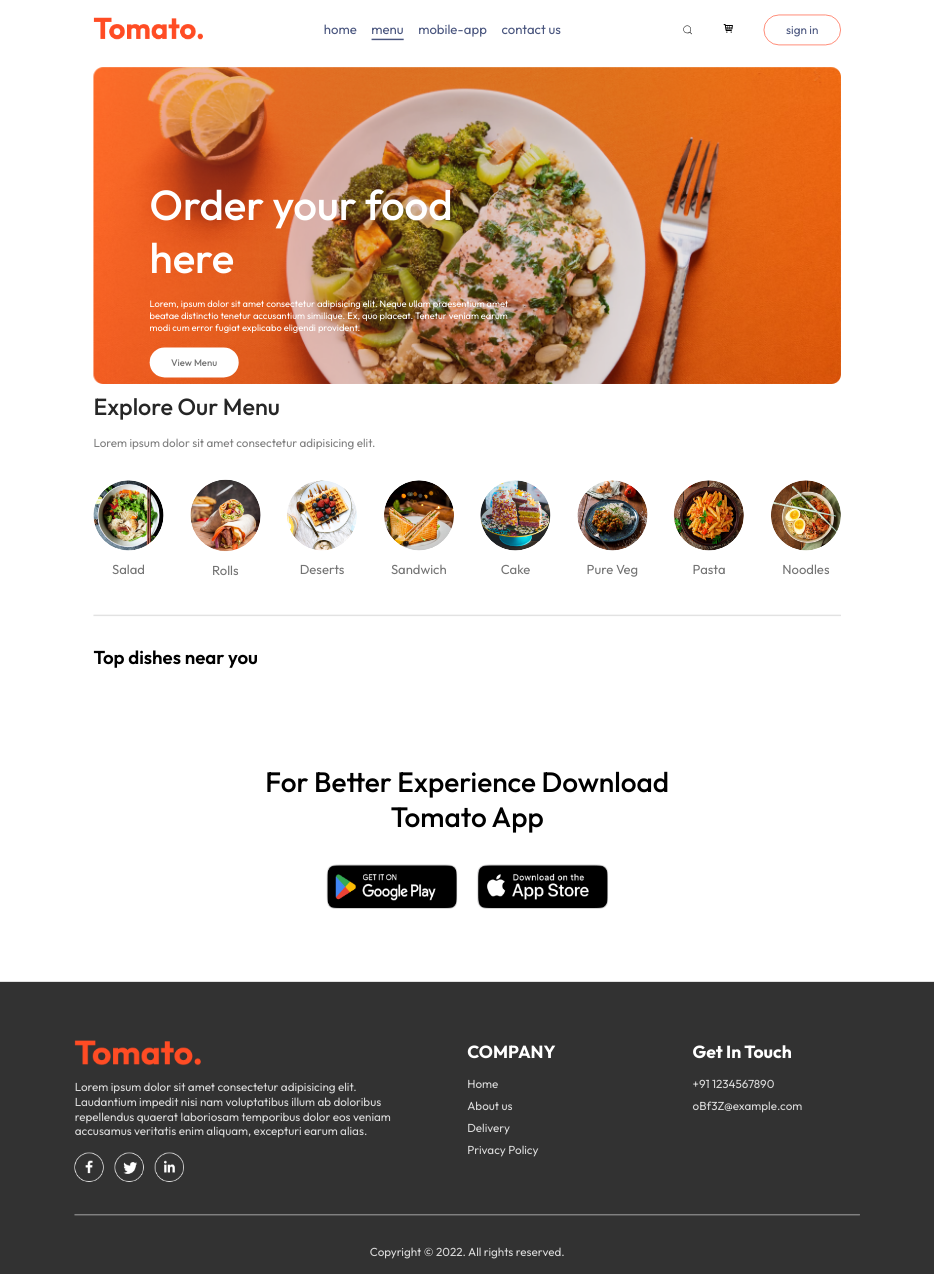
Repository: sodmaq/food-delivery
Page: / (app in frontend/)
These files come from the project's save history. The page is drawn as it stood at one moment and after the next save; the edit follows.
The browser window is 1280 px wide. The pictures show the whole page, at 73% of full size.
The page's requests for data from a server got no answer. The project was rebuilt for these pictures with package versions that can differ from the ones it lists, and the page was loaded fresh each time. No one was signed in, and anything a server would have sent is missing. Also part of the build but not shown: frontend/vite.config.js, frontend/src/components/foodItem/FoodItem.css, frontend/src/components/foodItem/FoodItem.jsx, frontend/src/pages/Cart/Cart.css, frontend/src/pages/Cart/Cart.jsx, frontend/src/pages/PlaceOrder/PlaceOrder.css, frontend/src/pages/PlaceOrder/PlaceOrder.jsx, frontend/src/components/Login/LoginPopUp.css and 1 more.

Above is the page before, as saved 2024-10-09 14:50:03.

### frontend/src/main.jsx
import { StrictMode } from "react";
import { createRoot } from "react-dom/client";
import App from "./App.jsx";
import "./index.css";
import { BrowserRouter } from "react-router-dom";
import StoreContextProvider from "./context/storeContext"; // Default import, no curly braces

createRoot(document.getElementById("root")).render(
  <StrictMode>
    <BrowserRouter>
      <StoreContextProvider>
        <App />
      </StoreContextProvider>
    </BrowserRouter>
  </StrictMode>
);

### frontend/src/App.jsx
import NavBar from "./components/NavBar/NavBar";
import { Route, Routes } from "react-router-dom";
import Home from "./pages/Home/Home";
import Cart from "./pages/Cart/Cart";
import PlaceOrder from "./pages/PlaceOrder/PlaceOrder";
import Footer from "./components/Footer/Footer";
import { useState } from "react";
import LoginPopUp from "./components/Login/LoginPopUp";
const App = () => {
  const [showLogin, setShowLogin] = useState(false);
  return (
    <>
      {showLogin ? <LoginPopUp setShowLogin={setShowLogin} /> : <></>}
      <div className="app">
        <NavBar setShowLogin={setShowLogin} />
        <Routes>
          <Route path="/" element={<Home />} />
          <Route path="/cart" element={<Cart />} />
          <Route path="/order" element={<PlaceOrder />} />
        </Routes>
      </div>
      <Footer />
    </>
  );
};

export default App;

### frontend/src/index.css
@import url("https://fonts.googleapis.com/css2?family=Outfit:wght@100..900&display=swap");
* {
  padding: 0;
  margin: 0;
  box-sizing: border-box;
  font-family: Outfit;
  scroll-behavior: smooth;
}
body {
  min-height: 100vh;
}
a {
  text-decoration: none;
  color: inherit;
}

.app {
  width: 80%;
  margin: auto;
}
@keyframes fadeIn {
  0% {
    opacity: 0;
  }
  100% {
    opacity: 1;
  }
}

### frontend/src/context/storeContext.jsx
import { createContext, useEffect, useState } from "react";
import axios from "axios";

export const StoreContext = createContext(null);

const StoreContextProvider = ({ children }) => {
  const [cartItems, setCartItems] = useState({});
  const url = "http://localhost:4000";
  const [token, setToken] = useState("");
  const [food_list, setFoodList] = useState([]);

  const addToCart = (id) => {
    if (!cartItems[id]) {
      setCartItems((prev) => ({ ...prev, [id]: 1 }));
    } else {
      setCartItems((prev) => ({ ...prev, [id]: prev[id] + 1 }));
    }
  };

  const removeFromCart = (id) => {
    setCartItems((prev) => {
      if (prev[id] === 1) {
        const newCart = { ...prev };
        delete newCart[id];
        return newCart;
      }
      return { ...prev, [id]: prev[id] - 1 };
    });
  };

  const getTotalCartAmount = () => {
    let totalAmount = 0;
    for (const item in cartItems) {
      if (cartItems[item] > 0) {
        let itemInfo = food_list.find((product) => product._id === item);
        totalAmount += itemInfo.price * cartItems[item];
      }
    }
    return totalAmount;
  };

  const fetchFoodList = async () => {
    try {
      const response = await axios.get(`${url}/api/food/list`);
      console.log("Fetched food list 1:", response.data.data); // Log the response data
      setFoodList(response.data.data);
    } catch (error) {
      console.error("Error fetching food list:", error);
    }
  };

  useEffect(() => {
    async function LoadData() {
      await fetchFoodList();
      if (localStorage.getItem("token")) {
        setToken(localStorage.getItem("token"));
      }
    }
    LoadData();
  }, []);

  const contextValue = {
    food_list,
    cartItems,
    setCartItems,
    addToCart,
    removeFromCart,
    getTotalCartAmount,
    url,
    token,
    setToken,
  };

  return (
    <StoreContext.Provider value={contextValue}>
      {children}
    </StoreContext.Provider>
  );
};

export default StoreContextProvider;

### frontend/src/components/NavBar/NavBar.jsx
import { useContext, useState } from "react";
import "./NavBar.css";
import { assets } from "../../assets/assets";
import { CiSearch } from "react-icons/ci";
import { TiShoppingCart } from "react-icons/ti";
import { Link, useNavigate } from "react-router-dom";
import { StoreContext } from "../../context/storeContext";

const NavBar = ({ setShowLogin }) => {
  const [menu, setMenu] = useState("menu");
  const { getTotalCartAmount, token, setToken } = useContext(StoreContext);
  const navigate = useNavigate();
  const logout = () => {
    localStorage.removeItem("token");
    setToken("");
    navigate("/");
  };
  return (
    <div className="navbar">
      <Link to={"/"}>
        <img src={assets.logo} alt="" className="logo" />
      </Link>
      <ul className="navbar-menu">
        <Link
          to="/"
          onClick={() => setMenu("home")}
          className={menu === "home" ? "active" : ""}
        >
          home
        </Link>
        <a
          href="#explore-menu"
          onClick={() => setMenu("menu")}
          className={menu === "menu" ? "active" : ""}
        >
          menu
        </a>
        <a
          href="#app-download"
          onClick={() => setMenu("mobile-app")}
          className={menu === "mobile-app" ? "active" : ""}
        >
          mobile-app
        </a>
        <a
          href="#footer"
          onClick={() => setMenu("contact-us")}
          className={menu === "contact-us" ? "active" : ""}
        >
          contact us
        </a>
      </ul>
      <div className="navbar-right">
        <CiSearch />
        <div className="navbar-search-icon">
          <Link to={"/cart"}>
            <TiShoppingCart />
          </Link>
          <div className={getTotalCartAmount() === 0 ? "" : "dot"}></div>
        </div>
        {!token ? (
          <button onClick={() => setShowLogin(true)}>sign in</button>
        ) : (
          <div className="navbar-profile">
            <img src={assets.profile_icon} alt="" />
            <ul className="navbar-profile-dropdown">
              <li>
                <img src={assets.bag_icon} alt="" /> <p>Orders</p>
              </li>
              <hr />
              <li onClick={logout}>
                <img src={assets.logout_icon} alt="" />
                <p>Logout</p>
              </li>
            </ul>
          </div>
        )}
      </div>
    </div>
  );
};

export default NavBar;

### frontend/src/pages/Home/Home.jsx
import "./Home.css";
import Header from "../../components/Header/Header";
import ExploreMenu from "../../components/ExoloreMenu/ExploreMenu";
import { useState } from "react";
import FoodDisplay from "../../components/foodDisplay/FoodDisplay";
import AppDownload from "../../components/AppDownload/AppDownload";

const Home = () => {
  const [category, setCategory] = useState("All");
  return (
    <div>
      <Header />
      <ExploreMenu category={category} setCategory={setCategory} />
      <FoodDisplay category={category} />
      <AppDownload />
    </div>
  );
};

export default Home;

### frontend/src/components/Footer/Footer.jsx
import "./Footer.css";
import { assets } from "../../assets/assets";
const Footer = () => {
  return (
    <div className="footer" id="footer">
      <div className="footer-content">
        <div className="footer-content-left">
          <img src={assets.logo} alt="" />
          <p>
            Lorem ipsum dolor sit amet consectetur adipisicing elit. Laudantium
            impedit nisi nam voluptatibus illum ab doloribus repellendus quaerat
            laboriosam temporibus dolor eos veniam accusamus veritatis enim
            aliquam, excepturi earum alias.
          </p>
          <div className="footer-social-icons">
            <img src={assets.facebook_icon} alt="" />
            <img src={assets.twitter_icon} alt="" />
            <img src={assets.linkedin_icon} alt="" />
          </div>
        </div>
        <div className="footer-content-center">
          <h2>COMPANY</h2>
          <ul>
            <li>Home</li>
            <li>About us</li>
            <li>Delivery</li>
            <li>Privacy Policy</li>
          </ul>
        </div>
        <div className="footer-content-right">
          <h2>Get In Touch</h2>
          <ul>
            <li>+91 1234567890</li>
            <li>oBf3Z@example.com</li>
          </ul>
        </div>
      </div>
      <hr />
      <p className="footer-copyright">
        Copyright &copy; 2022. All rights reserved.
      </p>
    </div>
  );
};

export default Footer;

### frontend/src/components/NavBar/NavBar.css
.navbar {
  padding: 20px 0px;
  display: flex;
  justify-content: space-between;
  align-items: center;
}
.navbar .logo {
  width: 150px;
}

.navbar-menu {
  display: flex;
  list-style: none;
  gap: 20px;
  color: #49557e;
  font-size: 18px;
}
.navbar-right {
  display: flex;
  align-items: center;
  gap: 40px;
}

.navbar-right button {
  background: transparent;
  font-size: 16px;
  color: #49557e;
  border: 1px solid tomato;
  padding: 10px 30px;
  border-radius: 50px;
  cursor: pointer;
  transition: 0.3s;
}
.navbar button:hover {
  background-color: #fff4f2;
}
.navbar .active {
  padding-bottom: 2px;
  border-bottom: 2px solid #49557e;
}
.navbar li {
  cursor: pointer;
}

.navbar-search-icon {
  position: relative;
}

.navbar-search-icon .dot {
  position: absolute;
  min-width: 10px;
  min-height: 10px;
  background-color: tomato;
  border-radius: 5px;
  top: -8px;
  right: -8px;
}
.navbar-profile {
  position: relative;
}

.navbar-profile-dropdown {
  position: absolute;
  display: none;
  right: 0;
  z-index: 1;
}

.navbar-profile:hover .navbar-profile-dropdown {
  display: flex;
  flex-direction: column;
  gap: 10px;
  background-color: #fff2ef;
  padding: 12px 25px;
  border-radius: 4px;
  border: 1px solid tomato;
  outline: 2px solid white;
  list-style: none;
}
.navbar-profile-dropdown li {
  display: flex;
  align-items: center;
  gap: 10px;
  cursor: pointer;
}
.navbar-profile-dropdown img {
  width: 20px;
}
.navbar-profile-dropdown li:hover {
  color: tomato;
}

@media (max-width: 1050px) {
  .navbar .logo {
    width: 140px;
  }
  .navbar-menu {
    gap: 20px;
    font-size: 17px;
  }
  .navbar-right {
    gap: 30px;
  }
  .navbar-right img {
    width: 22px;
  }
  .navbar-right button {
    padding: 8px 25px;
  }
}

@media (max-width: 900px) {
  .navbar .logo {
    width: 120px;
  }
  .navbar-menu {
    gap: 15px;
    font-size: 16px;
  }
  .navbar-right {
    gap: 20px;
  }
  .navbar-right img {
    width: 20px;
  }
  .navbar-right button {
    padding: 7px 20px;
    font-size: 15px;
  }
}

@media (max-width: 750px) {
  .navbar-menu {
    display: none;
  }
}

### frontend/src/components/Header/Header.jsx
import "./Header.css";

function Header() {
  return (
    <div className="header">
      <div className="header-contents">
        <h2>Order your food here</h2>
        <p>
          Lorem, ipsum dolor sit amet consectetur adipisicing elit. Neque ullam
          praesentium amet beatae distinctio tenetur accusantium similique. Ex,
          quo placeat. Tenetur veniam earum modi cum error fugiat explicabo
          eligendi provident.
        </p>
        <button>View Menu</button>
      </div>
    </div>
  );
}

export default Header;

### frontend/src/components/ExoloreMenu/ExploreMenu.jsx
import "./ExploreMenu.css";
import { menu_list } from "../../assets/assets";
const ExploreMenu = ({ category, setCategory }) => {
  return (
    <div className="explore-menu" id="explore-menu">
      <h1>Explore Our Menu</h1>
      <p className="explore-menu-text">
        Lorem ipsum dolor sit amet consectetur adipisicing elit.
      </p>
      <div className="explore-menu-list">
        {menu_list.map((item, index) => (
          <div
            onClick={() =>
              setCategory((prev) =>
                prev === item.menu_name ? "All" : item.menu_name
              )
            }
            key={index}
            className="explore-menu-list-item"
          >
            <img
              className={category === item.menu_name ? "active" : ""}
              src={item.menu_image}
              alt=""
            />
            <p>{item.menu_name}</p>
          </div>
        ))}
      </div>
      <hr />
    </div>
  );
};

export default ExploreMenu;

### frontend/src/components/foodDisplay/FoodDisplay.jsx
import React, { useContext } from "react";
import "./FoodDisplay.css";
import { StoreContext } from "../../context/storeContext";
import FoodItem from "../foodItem/FoodItem";

const FoodDisplay = ({ category }) => {
  const { food_list } = useContext(StoreContext);

  return (
    <div className="food-display" id="food-display">
      <h2>Top dishes near you</h2>
      <div className="food-display-list">
        {food_list.map((item) => {
          if (category === "ALL" || category === item.category) {
            return (
              <FoodItem
                key={item._id} // Use the _id as the key
                id={item._id} // Pass the _id to the component for unique identification
                name={item.name}
                description={item.description}
                price={item.price}
                image={item.image}
              />
            );
          }
          return null; // Avoid returning undefined from map
        })}
      </div>
    </div>
  );
};

export default FoodDisplay;

### frontend/src/components/AppDownload/AppDownload.jsx
import "./AppDownload.css";
import { assets } from "../../assets/assets";

const AppDownload = () => {
  return (
    <div className="app-download" id="app-download">
      <p>
        For Better Experience Download <br /> Tomato App
      </p>
      <div className="app-download-platforms">
        <img src={assets.play_store} alt="" />
        <img src={assets.app_store} alt="" />
      </div>
    </div>
  );
};

export default AppDownload;

### frontend/src/components/Footer/Footer.css
.footer {
  color: #d9d9d9;
  background-color: #323232;
  display: flex;
  flex-direction: column;
  align-items: center;
  gap: 20px;
  padding: 20px 8vw;
  padding-top: 80px;
  margin-top: 100px;
}
.footer-content {
  width: 100%;
  display: grid;
  grid-template-columns: 2fr 1fr 1fr;
  gap: 80px;
}

.footer-content-left,
.footer-content-right,
.footer-content-center {
  display: flex;
  flex-direction: column;
  align-items: start;
  gap: 20px;
}
.footer-content-left li,
.footer-content-right li,
.footer-content-center li {
  list-style: none;
  margin-bottom: 10px;
  cursor: pointer;
}

.footer-content-right h2,
.footer-content-center h2 {
  color: white;
}
.footer-social-icons img {
  width: 40px;
  margin-right: 15px;
}
.footer hr {
  width: 100%;
  height: 2px;
  margin: 20px 0;
  background-color: grey;
  border: none;
}

@media (max-width: 750px) {
  .footer-content {
    display: flex;
    flex-direction: column;
    gap: 35px;
  }
  .footer-copyright {
    text-align: center;
  }
}

### frontend/src/components/Header/Header.css
.header {
  height: 34vw;
  margin: 10px auto;
  background: url("/header_img.png") no-repeat;
  background-size: contain;
  position: relative;
}

.header-contents {
  position: absolute;
  display: flex;
  flex-direction: column;
  align-items: start;
  gap: 1.5vw;
  max-width: 50%;
  bottom: 10px;
  left: 6vw;
  animation: fadeIn 1s;
}

.header-contents h2 {
  font-weight: 500;
  color: white;
  font-size: max(4.5vw, 22px);
}

.header-contents p {
  color: white;
  font-size: 1vw;
}

.header-contents button {
  border: none;
  color: #747474;
  font-weight: 500;
  padding: 1vw 2.3vw;
  background-color: white;
  font-size: max(1vw, 13px);
  border-radius: 50px;
}

@media (max-width: 1050px) {
  .header-contents {
    max-width: 45%;
  }
}

@media (max-width: 750px) {
  .header-contents {
    max-width: 65%;
  }
  .header-contents p {
    display: none;
  }
  .header-contents button {
    padding: 2vw 4vw;
  }
}

### frontend/src/components/ExoloreMenu/ExploreMenu.css
.explore-menu {
  display: flex;
  flex-direction: column;
  gap: 20px;
}
.explore-menu h1 {
  color: #262626;
  font-weight: 500;
}

.explore-menu-text {
  max-width: 60%;
  color: #808080;
}

.explore-menu-list {
  display: flex;
  justify-content: space-between;
  align-items: center;
  gap: 30px;
  text-align: center;
  margin: 20px 0px;
  overflow-x: scroll;
}

.explore-menu-list::-webkit-scrollbar {
  display: none;
}

.explore-menu-list-item img {
  width: 7.5vw;
  min-width: 80px;
  cursor: pointer;
  border-radius: 50%;
  transition: 0.2s ease-in-out;
}
.explore-menu-list-item p {
  margin-top: 10px;
  color: #747474;
  font-size: max(1.4vw, 16px);
  cursor: pointer;
}
.explore-menu hr {
  margin: 10px 0px;
  height: 2px;
  background-color: #e2e2e2;
  border: none;
}

.explore-menu-list-item:hover img {
  transform: scale(1.1);
}

.explore-menu-list-item:hover p {
  font-weight: 600;
}
.explore-menu-list-item .active {
  border: 4px solid tomato;
  padding: 2px;
}

@media (max-width: 1050px) {
  .explore-menu-text {
    max-width: 100%;
    font-size: 14px;
  }
}

### frontend/src/components/foodDisplay/FoodDisplay.css
.food-display {
  margin-top: 30px;
}

.food-display h2 {
  font-size: max(2vw, 24px); /* Responsive font size */
  font-weight: 600;
}

.food-display-list {
  display: grid;
  grid-template-columns: repeat(4, 1fr); /* Default to 4 columns */
  margin-top: 30px;
  gap: 30px;
  row-gap: 50px;
}

/* Medium devices (tablets, medium desktops) */
@media (max-width: 1024px) {
  .food-display-list {
    grid-template-columns: repeat(3, 1fr); /* Reduce to 3 columns */
    gap: 20px;
    row-gap: 40px;
  }
}

/* Small devices (phones, small tablets) */
@media (max-width: 768px) {
  .food-display-list {
    grid-template-columns: repeat(2, 1fr); /* Reduce to 2 columns */
    gap: 15px;
    row-gap: 30px;
  }

  .food-display h2 {
    font-size: max(4vw, 20px); /* Adjust heading size for smaller screens */
  }
}

/* Extra small devices (small phones) */
@media (max-width: 480px) {
  .food-display-list {
    grid-template-columns: 1fr; /* Single column layout */
    gap: 10px;
    row-gap: 20px;
  }

  .food-display h2 {
    font-size: max(5vw, 18px); /* Further adjust heading size */
  }
}

Loaded but not shown: frontend/index.html (common file); frontend/src/components/AppDownload/AppDownload.css (common file); frontend/src/assets/assets.js (350 lines, source omitted); frontend/src/pages/Home/Home.css (no stored copy; drawn as an empty file)

After the next save:
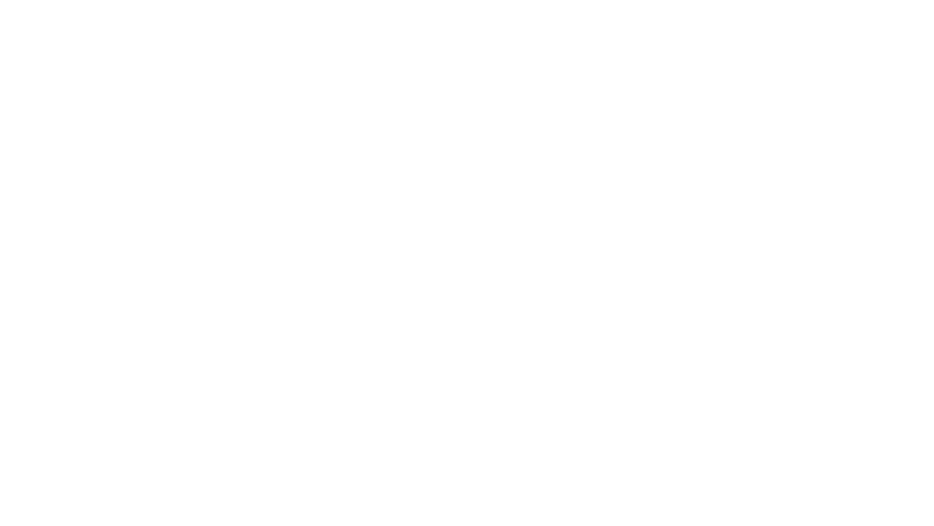
Console error: ReferenceError: useContext is not defined
Saved 80 s later.
--- a/frontend/src/components/foodDisplay/FoodDisplay.jsx
+++ b/frontend/src/components/foodDisplay/FoodDisplay.jsx
@@ -1,4 +1,3 @@
-import React, { useContext } from "react";
 import "./FoodDisplay.css";
 import { StoreContext } from "../../context/storeContext";
 import FoodItem from "../foodItem/FoodItem";

After the 3 saves that followed:
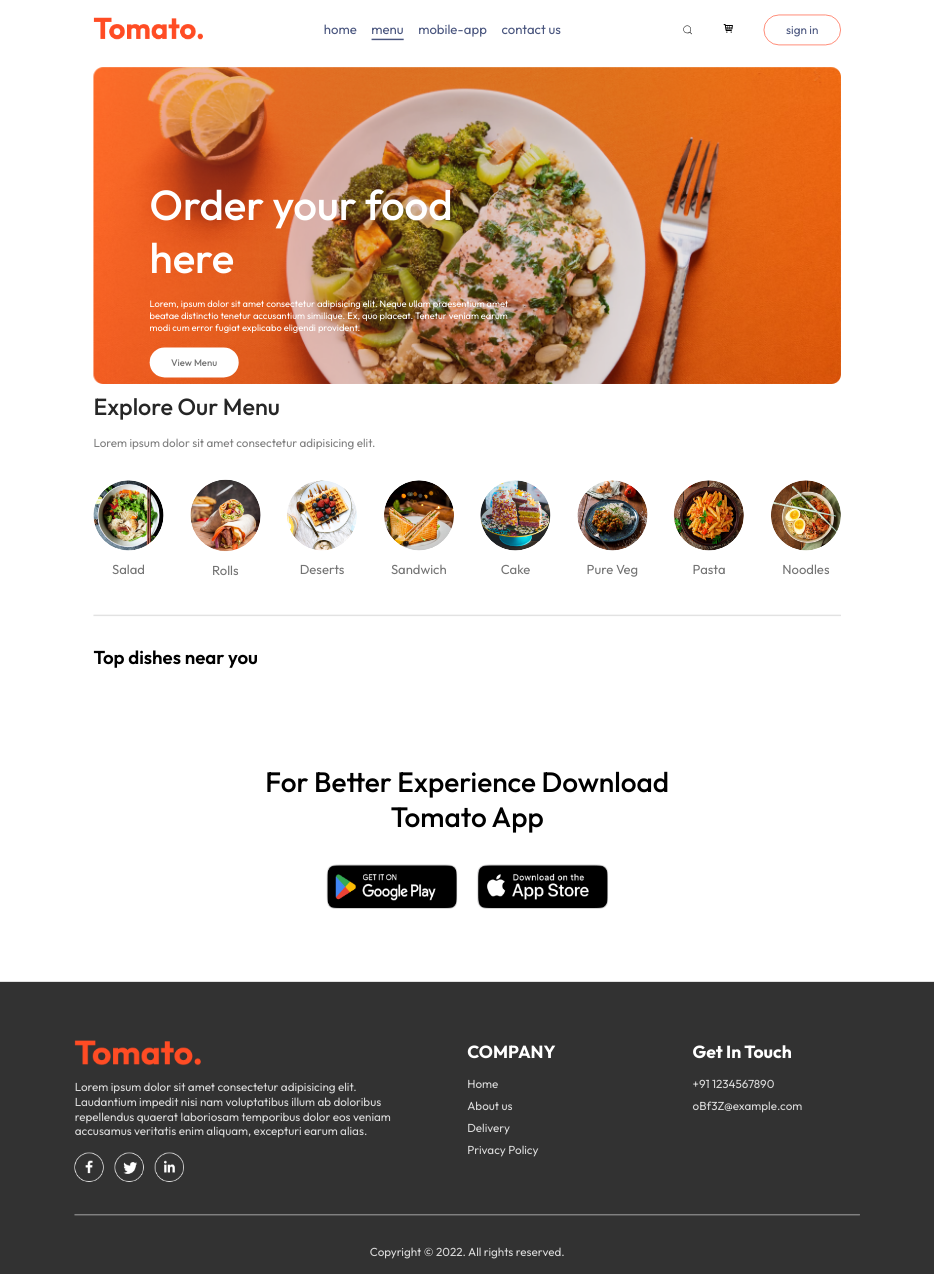
The error is gone.
The 3 saves are shown as one change because 2 left the picture as it was.
The last was saved 5 min 19 s later.
--- a/frontend/src/context/storeContext.jsx
+++ b/frontend/src/context/storeContext.jsx
@@ -42,7 +42,7 @@ const StoreContextProvider = ({ children }) => {
   const fetchFoodList = async () => {
     try {
       const response = await axios.get(`${url}/api/food/list`);
-      console.log("Fetched food list 1:", response.data.data); // Log the response data
+      console.log("Fetched food list:", response.data.data); // Log the response data
       setFoodList(response.data.data);
     } catch (error) {
       console.error("Error fetching food list:", error);
@@ -58,6 +58,10 @@ const StoreContextProvider = ({ children }) => {
     }
     LoadData();
   }, []);
+
+  useEffect(() => {
+    console.log("Fetched food list:", food_list); // Log the food list after fetching
+  }, [food_list]); // This runs whenever food_list changes
 
   const contextValue = {
     food_list,
--- a/frontend/src/components/foodDisplay/FoodDisplay.jsx
+++ b/frontend/src/components/foodDisplay/FoodDisplay.jsx
@@ -1,6 +1,7 @@
 import "./FoodDisplay.css";
 import { StoreContext } from "../../context/storeContext";
 import FoodItem from "../foodItem/FoodItem";
+import { useContext } from "react";
 
 const FoodDisplay = ({ category }) => {
   const { food_list } = useContext(StoreContext);
